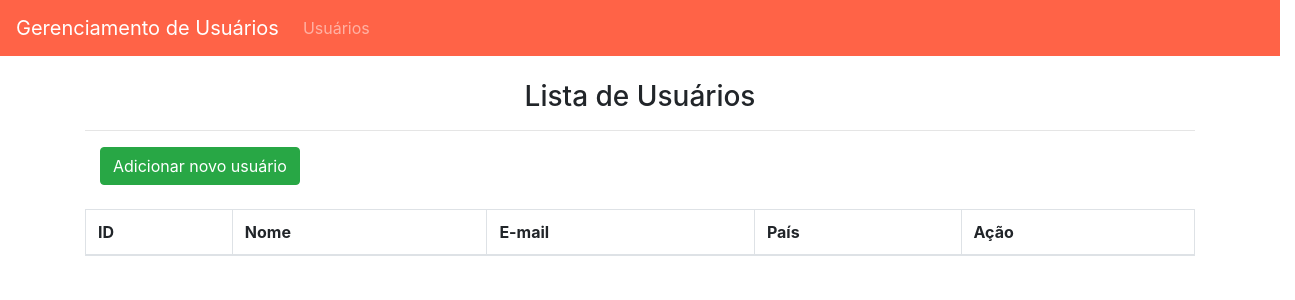
Repository: diegosena7/EstudosJSP
Page: http://localhost/CRUD/
These files come from the project's save history. The page is drawn as it stood at one moment and after the next save; the edit follows.
The browser window is 1280 px wide. The page is 1295 px wide, so the pictures cover 1295 px, including what lies to the right of the window. The pictures show the whole page.
The page is served by Tomcat 9. Queries for data that is not in the repository find no rows.

Above is the page before, as saved 2021-07-04 21:46:56.

After the next save:
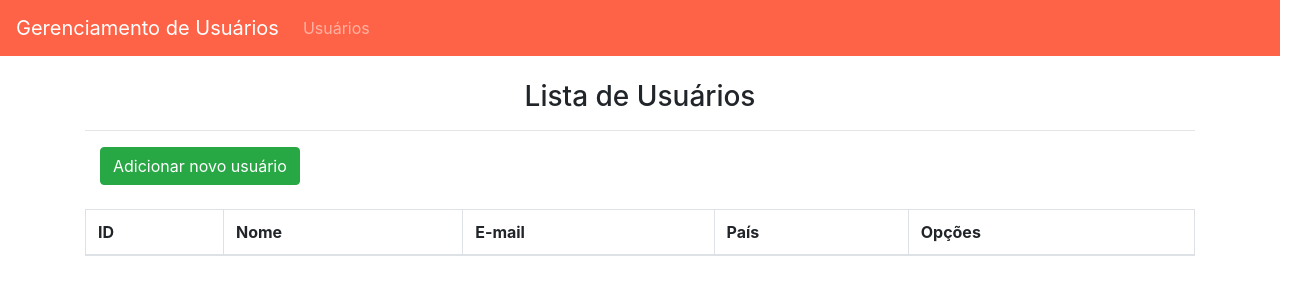
Saved 67 s later.
--- a/CRUD/WebContent/user-list.jsp
+++ b/CRUD/WebContent/user-list.jsp
@@ -44,7 +44,7 @@
 						<th>Nome</th>
 						<th>E-mail</th>
 						<th>País</th>
-						<th>Ação</th>
+						<th>Opções</th>
 					</tr>
 				</thead>
 				<tbody>
